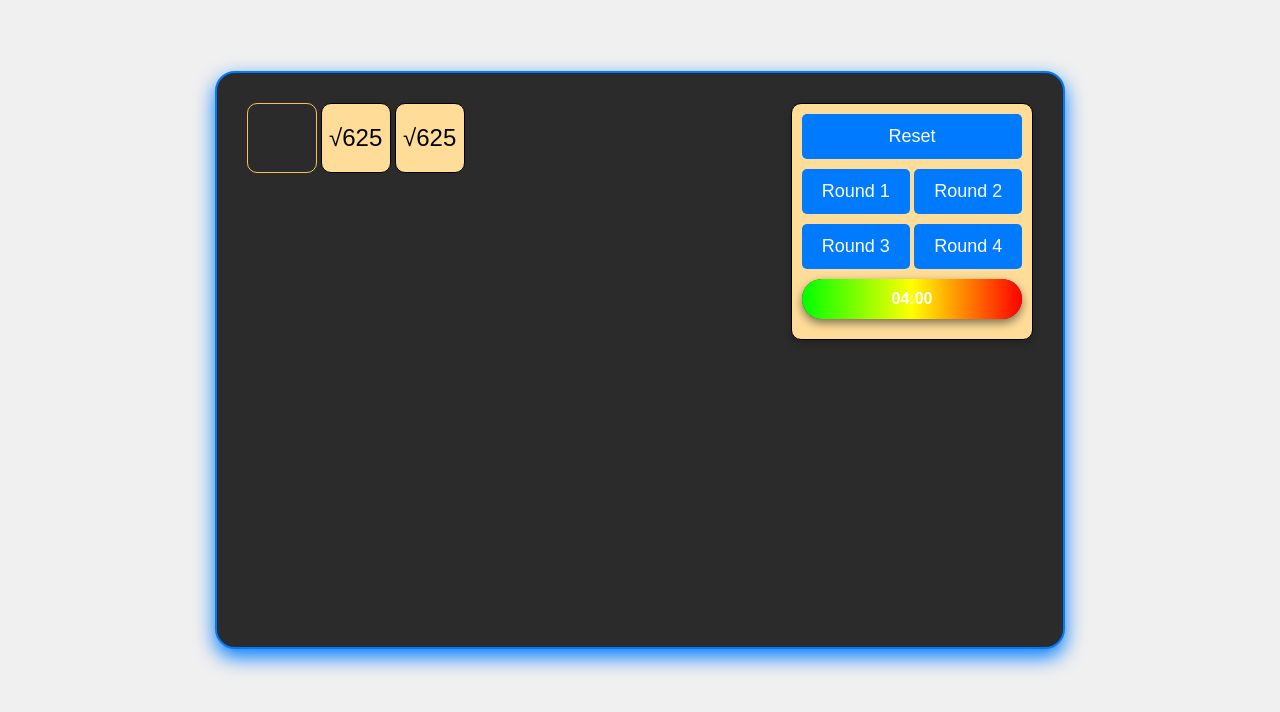
Repository: radisyah/THE_BRAIN_STORM
Page: Broken Link.html
These files come from the project's save history. The page is drawn as it stood at one moment and after the next save; the edit follows.
The browser window is 1280 px wide. The pictures show the whole page.

Above is the page before, as saved 2024-10-30 23:48:34.
Console error: ReferenceError: timerDisplay is not defined

After the next save:
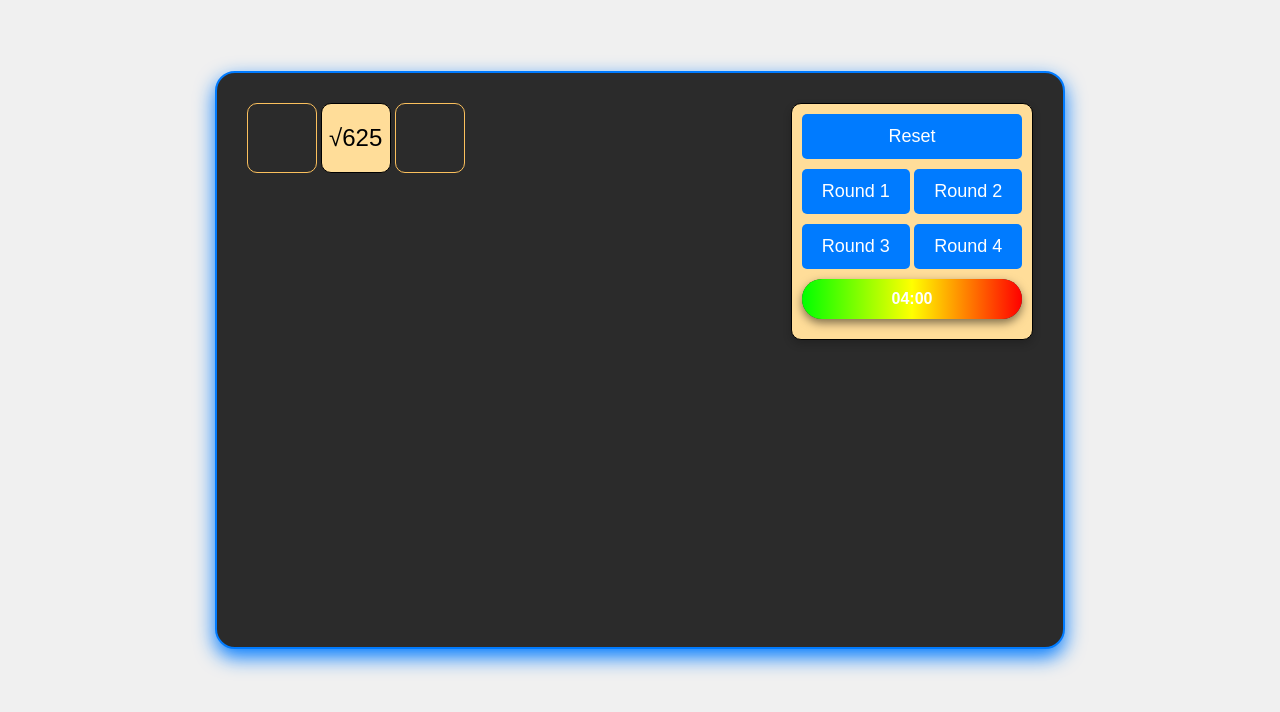
Saved 4 s later.
--- a/Broken Link.html
+++ b/Broken Link.html
@@ -214,8 +214,7 @@
 
 // Grid data for each question
 const questions = {
-    1: [{ number: "" }, { number: "√625" },  { number: "√625" },/* Add more items */ ],
-    1: [{ number: "" }, { number: "√625" },  { number: "√625" },/* Add more items */ ],
+    1: [{ number: "" }, { number: "√625" },  { number: "" },/* Add more items */ ],
     2: [{ number: "19" }, { number: "" }, /* Add more items */ ],
     3: [{ number: "" }, { number: "" }, /* Add more items */ ],
     4: [{ number: "√121" }, { number: "" }, /* Add more items */ ],
